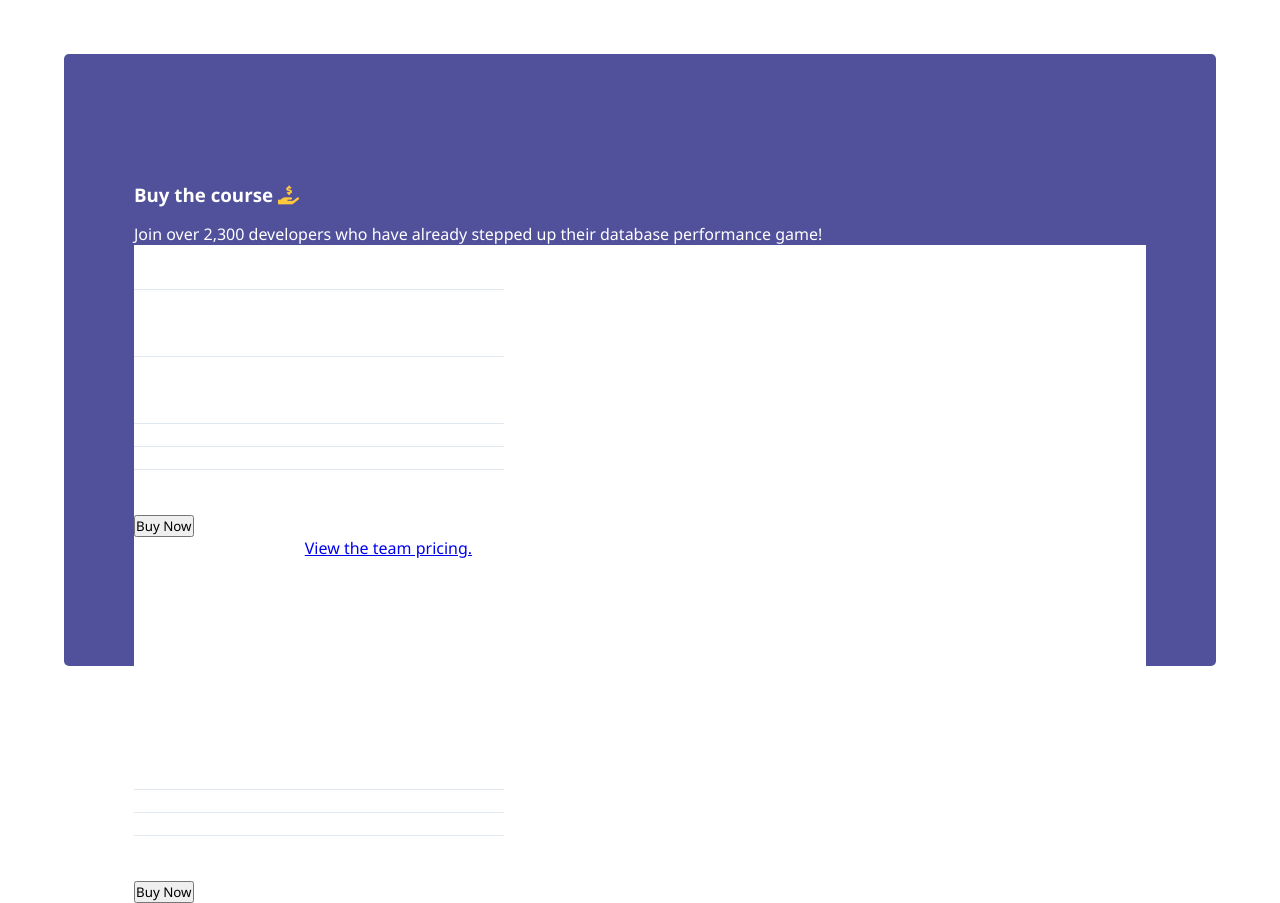
Repository: Z-ayat/Challenges
Page: Challenge 4/index.html
An editor plug-in stored every save of this project. The page is shown before and after the next save, followed by the edit.
The browser window is 1280 px wide. The pictures show the whole page.

Above is the page before, as saved 2021-09-07 01:05:44.

After the next save:
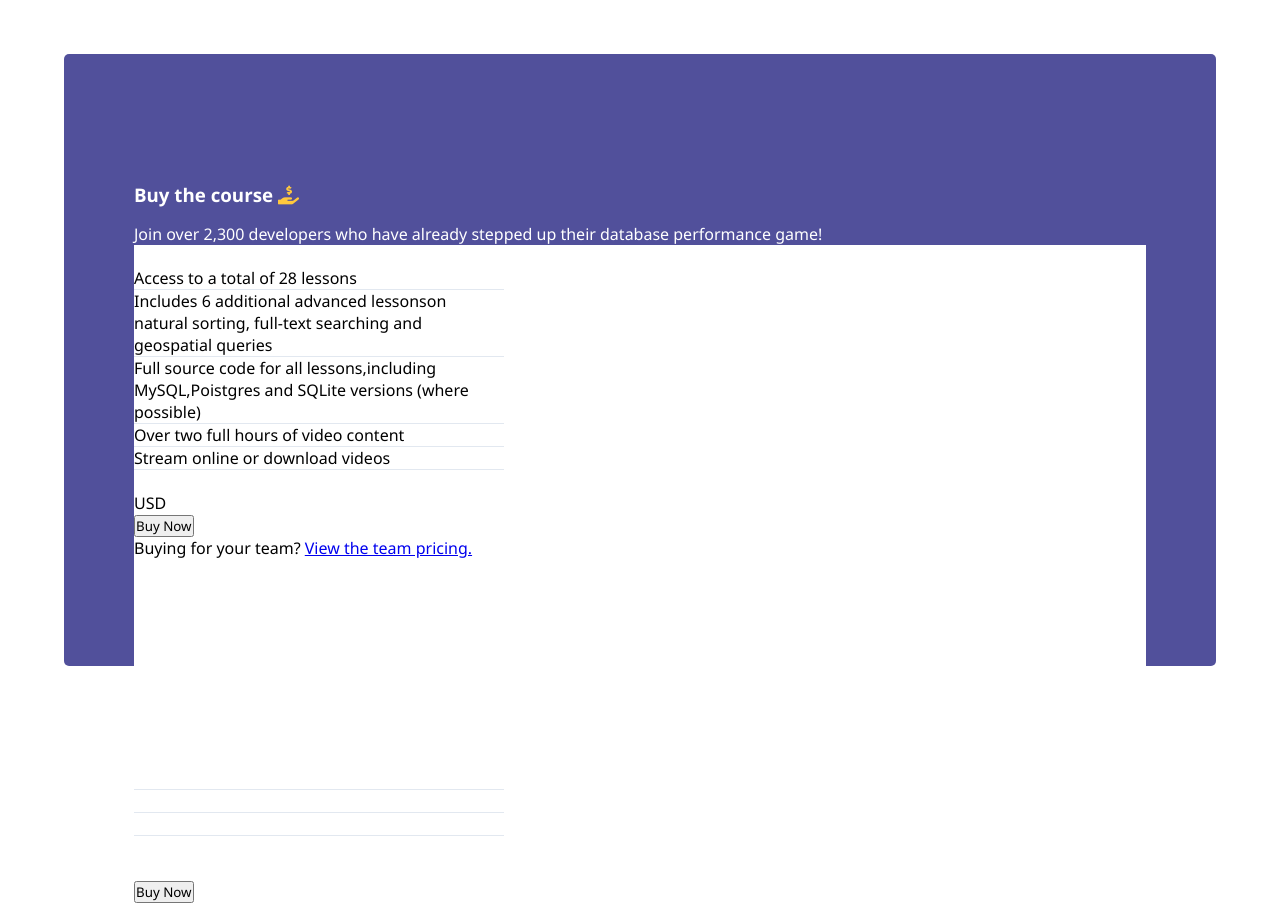
Saved 14 s later.
--- a/Challenge 4/styling/css/master.css
+++ b/Challenge 4/styling/css/master.css
@@ -40,6 +40,10 @@ body {
     height: 500px;
 }
 
+.prem-pack>p {
+    color: black;
+}
+
 .specs {
     overflow-wrap: break-word;
     width: 370px;

After the save that followed:
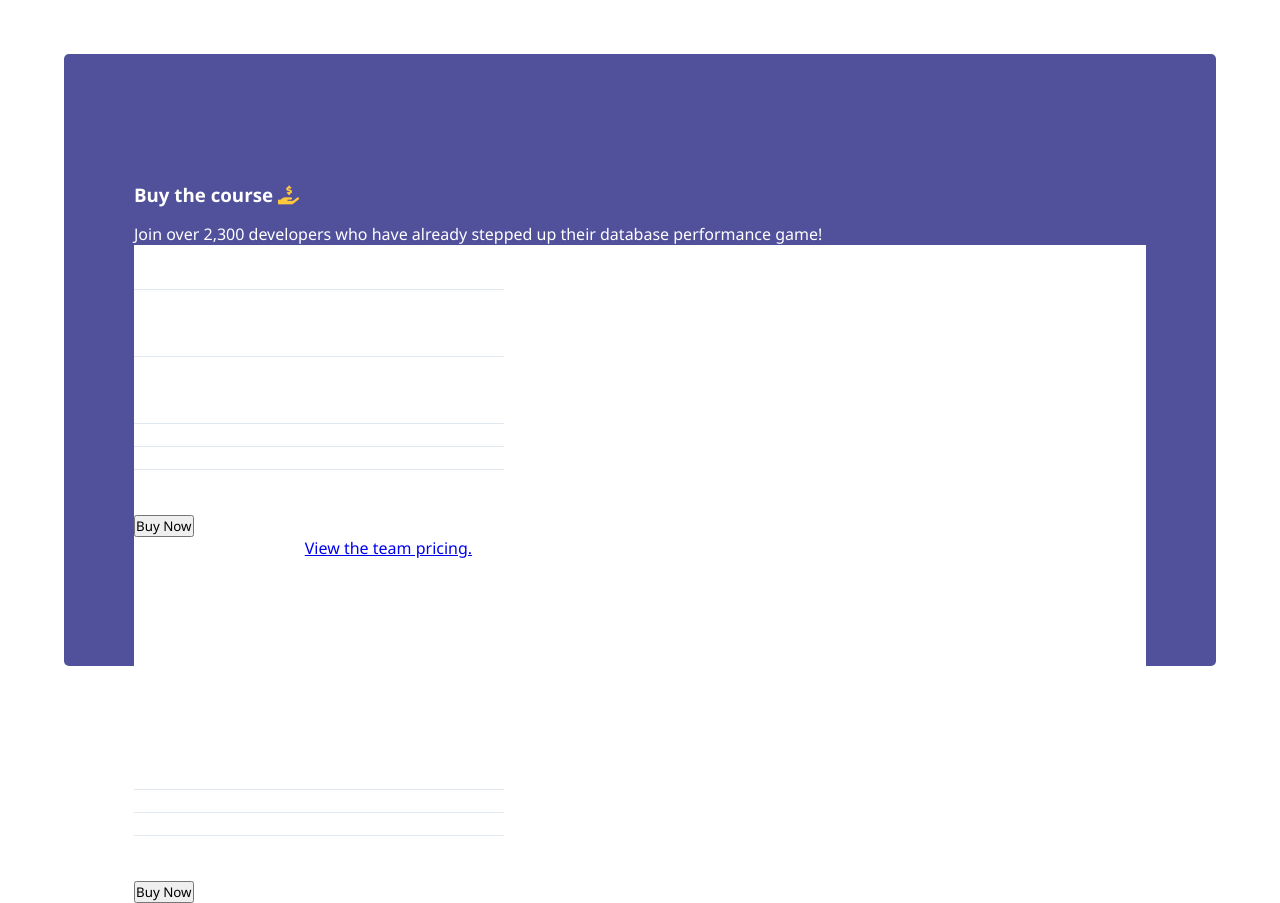
Saved 6 s later.
--- a/Challenge 4/styling/css/master.css
+++ b/Challenge 4/styling/css/master.css
@@ -40,7 +40,7 @@ body {
     height: 500px;
 }
 
-.prem-pack>p {
+.prem-pack<p {
     color: black;
 }
 
